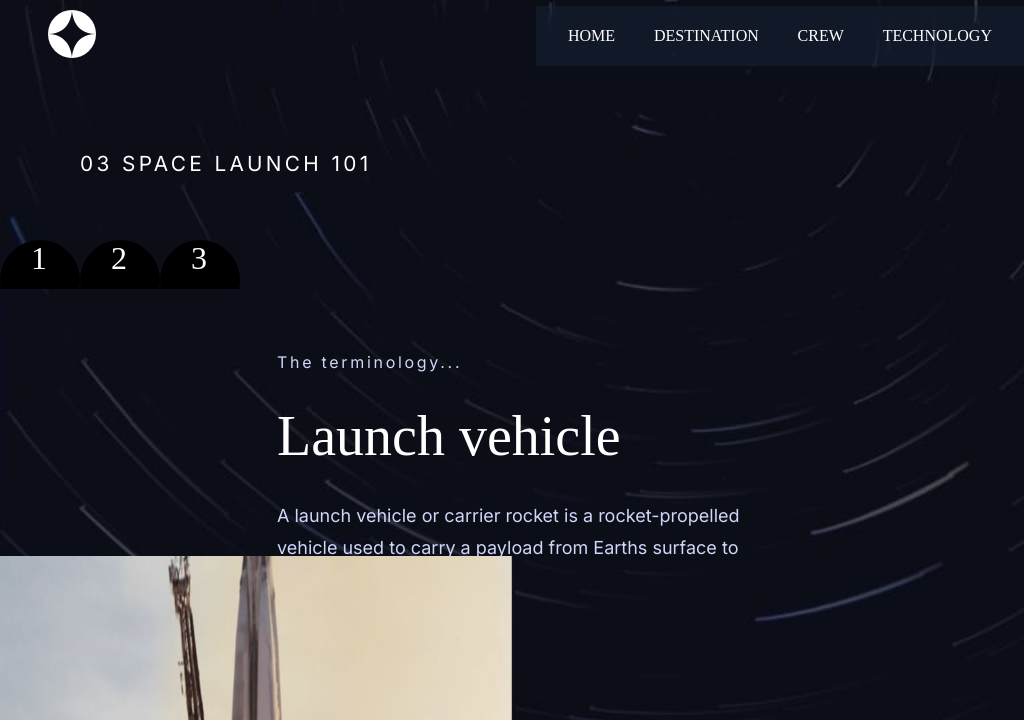
Repository: nilesjamex/space
Page: /Technology
An editor plug-in stored every save of this project. The page is shown before and after the next save, followed by the edit.
The browser window is 1024 px wide. The pictures show the whole page.
Some web fonts or font styles are not loaded; a fallback is used. The project was rebuilt for these pictures with package versions that can differ from the ones it lists, and the page was loaded fresh each time. The framework's server and built-in components were replaced by stand-ins that run in the browser. Also part of the build but not shown: next.config.js.

Above is the page before, as saved 2022-01-08 23:44:59.

### pages/_document.js
import Document, { Html, Head, Main, NextScript } from 'next/document'

class MyDocument extends Document {
  render() {
    return (
      <Html>
        <Head>
          <link rel="preconnect" href="https://fonts.googleapis.com" />
<link rel="preconnect" href="https://fonts.gstatic.com" crossOrigin />
<link href="https://fonts.googleapis.com/css2?family=Bellefair&display=swap" rel="stylesheet" />
        <link rel="preconnect" href="https://fonts.googleapis.com" />
<link rel="preconnect" href="https://fonts.gstatic.com" crossOrigin />
<link href="https://fonts.googleapis.com/css2?family=Barlow+Condensed:ital,wght@0,100;0,300;0,400;1,100&family=Inter&display=swap" rel="stylesheet" />
        </Head>
        <body>
          <Main />
          <NextScript />
        </body>
      </Html>
    )
  }
}

export default MyDocument

### pages/Technology.js
import React from 'react'
import Home from '../Components/Technology/Home/home';



const Technology = () => {
    return (
        <div>
            <Home />
        </div>
    )
}

export default Technology

### styles/globals.css
a {
  color: inherit;
  text-decoration: none;
}

*{
  margin: 0;
  padding: 0;
  box-sizing: border-box;
  max-width: 100%;
  max-height: 100vh;
  overflow-y: hidden;
}

li {
  list-style: none;
  cursor: pointer;
}

### Components/Technology/Home/home.js
import React from 'react';
import styles from './home.module.css'
import Nav from './../../../Layout/Nav';
import { Image } from 'next/image';
import Tech from './../Tech1/Tech';

export const Home = () => {
    return (
        <div className={styles.home}>
        <div>
         <Nav/>
        </div>
        <div>
        <div>
           <h3 className={styles.hometext}> 03 Space launch 101</h3>
        </div>
        </div>
        <div>
        <Tech />
        </div>
        </div>
    )
}
export default Home

### Components/Technology/Home/home.module.css
.home {
    background: url("../../../public/assets/technology/background-technology-desktop.jpg");
    background-size: cover;
    height: 100vh;
}
.hometext {
    font-family: 'Barlow Condensed', sans-serif;
    font-family: 'Inter', sans-serif;
    font-style: normal;
    font-weight: normal;
    font-size: 28px;
    line-height: 34px;letter-spacing: 4.725px;
    text-transform: uppercase;
    color: #FFFFFF;
    margin: 5rem 0 1rem 10rem;
}

@media screen and (max-width: 1024px) {
    .home {
        background: url("../../../public/assets/technology/background-technology-tablet.jpg");
        background-size: cover;
        height: 100vh;
    }
    .hometext {
        font-size: 1.3rem;
        line-height: 24px;
        /*  identical to box height */
        letter-spacing: 3.375px;
        margin: 5rem 0 1rem 5rem;
    }
}

### Layout/Nav.js
import React, {useState} from 'react';
import styles from './nav.module.css';
import Link from 'next/link';

const Nav = ({children}) => {
  const [active, setActive] = useState(false);

  const onClick = (e) => {
    setActive(!active);
  };
    return (
       <div className={styles.navBody}>
        <nav className={styles.nav}>
         <div>
            <svg width="48" height="48" viewBox="0 0 48 48" fill="none" xmlns="http://www.w3.org/2000/svg">
<circle cx="24" cy="24" r="24" fill="white"/>
<path fillRule="evenodd" clipRule="evenodd" d="M24 0C24 0 24 24 0 24C23.5776 24.1714 24 48 24 48C24 48 24 24 48 24C24 24 24 0 24 0Z" fill="#0B0D17" />
</svg>
  </div>

<ul className={`${styles.ul} ${active ? styles.activenav : ""}` } >
<li className={styles.li}><Link href="/"> HOME </Link></li>
<li className={styles.li}><Link href="/Destinations">DESTINATION </Link></li>
<li className={styles.li}><Link href="/Crew">CREW</Link></li>
<li className={styles.li}><Link href="/Technology">TECHNOLOGY</Link></li>
</ul>
<div className={`${styles.toggle} ${active ? styles.toggleanime : ""}`}
          onClick={onClick}
        >
          <div className={`${styles.toggleline} ${styles.line1}`}></div>
          <div className={`${styles.toggleline} ${styles.line2}`}></div>
          <div className={`${styles.toggleline} ${styles.line3}`}></div>
        </div>
        </nav>
      <div className={styles.mainBody}> {children} </div>
</div>
    )
}

export default Nav

### Components/Technology/Tech1/Tech.js
import React, {useState} from 'react'
import Image from 'next/image';
import styles from './Tech.module.css';
import Vehicle from '../../../public/assets//technology/image-launch-vehicle-landscape.jpg';
import Spaceport from '../../../public/assets//technology/image-spaceport-landscape.jpg';
import Capsule from '../../../public/assets//technology/image-space-capsule-landscape.jpg';
const Tech = () => {
    const [steps, setSteps] = useState(1);

    const next = (e) => {
        e.preventDefault();
        setSteps(steps + 1);
    }
    const prev = (e) => {
        e.preventDefault();
        setSteps(steps - 1);
    };

    switch (steps) {
        case 1:
            return (
        <div className={styles.techhome}>
           <div>
           <ul className={styles.numbers}>
           <li className={styles.number}>1</li>
           <li onClick={next} className={styles.number}>2</li>
           <li  onClick={(e) => {
      setSteps(steps+2)}} className={styles.number}>3</li>
           </ul>
           </div>
           <div className={styles.techtext}>
           <p className={styles.techtexthead}>The terminology...</p>
  <h2 className={styles.techtextsub}>Launch vehicle</h2>

  <p className={styles.techtextbody}>A launch vehicle or carrier rocket is a rocket-propelled vehicle used to carry a
  payload from Earths surface to space, usually to Earth orbit or beyond. Our
  WEB-X carrier rocket is the most powerful in operation. Standing 150 metres tall,
  it is quite an awe-inspiring sight on the launch pad!</p>
  </div>
  <div className={styles.imagediv}><Image src={Vehicle} height="527" width="515" alt="uu" /> </div>
        </div>
    );

    case 2: return (
        <div className={styles.techhome}>
           <div>
           <ul className={styles.numbers}>
           <li onClick={prev} className={styles.number}>1</li>
           <li className={styles.number}>2</li>
           <li onClick={next} className={styles.number}>3</li>
           </ul>
           </div>
           <div className={styles.techtext}>
           <p className={styles.techtexthead}>The terminology...</p>
  <h2 className={styles.techtextsub}>Spaceport</h2>

  <p className={styles.techtextbody}> A spaceport or cosmodrome is a site for launching (or receiving) spacecraft,
  by analogy to the seaport for ships or airport for aircraft. Based in the
  famous Cape Canaveral, our spaceport is ideally situated to take advantage
  of the Earth’s rotation for launch.</p>
  </div>
 <div className={styles.imagediv}><Image src={Spaceport} height="527" width="515" alt="uu" /> </div>
        </div>
    );

    case 3:
    return (


     <div className={styles.techhome}>
           <div>
           <ul className={styles.numbers}>
           <li  onClick={(e) => {
      setSteps(steps-2)}} className={styles.number}>1</li>
           <li onClick={prev} className={styles.number}>2</li>
           <li className={styles.number}>3</li>
           </ul>
           </div>
           <div className={styles.techtext}>
           <p className={styles.techtexthead}>The terminology...</p>
  <h2 className={styles.techtextsub}>Space capsule</h2>

  <p className={styles.techtextbody}> A space capsule is an often-crewed spacecraft that uses a blunt-body reentry
  capsule to reenter the Earths atmosphere without wings. Our capsule is where
  you will spend your time during the flight. It includes a space gym, cinema,
  and plenty of other activities to keep you entertained.</p>
  </div>
  <div className={styles.imagediv}><Image src={Capsule} height="527" width="515" alt="uu" /> </div>
        </div>
         )
    }

}

export default Tech

### Layout/nav.module.css
.nav {
    display: flex;
    justify-content: space-between;
    align-items: center;
    padding-left: 3rem;
    width: 100%;
    height: 10vh;
    }

.ul {
    display: flex;
    width: 50%;
    justify-content: space-between;
    align-items: center;
    color: #fff;
    background-color: rgba(24, 36, 59, 0.5);
    height: 60px;
    padding: 0 2rem;

}

.navBody {
    height: 100%;
}
.toggle {
    display: none;
  }

  @media screen and (max-width: 768px) {
    .toggle {
        display: block;
        cursor: pointer;
        order: 2;
        z-index: 10;
        margin-right: 1rem;
      }
      .toggleline {
        width: 30px;
        height: 3px;
        background-color: #fff;
        margin: 5px;
      }
      .ul {
        order: 3;
        width: 100%;
        height: 100%;
        display: inline-block;
        position: fixed;
        z-index: 4;
        right: 0;
        left: 0;
        bottom: 0;
        top: 0;
        display: flex;
        justify-content: center;
        align-items: center;
        flex-direction: column;
        overflow-x: hidden;
        background: rgba(242, 245, 250);
        transform: translateY(100vh);
        transition: all ease-out 0.2s;
        background-color: rgba(24, 36, 59);
      }
      .li {
        margin: 0 0 2rem;
        opacity: 0;
        transform: translateY(10vh);
      }
      .activenav {
        transform: translateX(0);
      }
      .li {
        margin: 0 0 2rem;
        opacity: 1;
        transform: translateX(0);
        transition: all ease-out 0.8s;
      }
      .toggleanime .line1 {
        transform: rotate(-45deg) translate(-5px, 6px);
      }

      .toggleanime .line2 {
        opacity: 0;
      }

      .toggleanime .line3 {
        transform: rotate(45deg) translate(-5px, -6px);
      }

      .ul.activenav {
        transform: translateX(0);
      }
      .li {
        margin: 0 0 2rem;
        opacity: 1;
        transform: translateX(0);
        transition: all ease-out 0.8s;
      }
  }

### Components/Technology/Tech1/Tech.module.css
.techhome {
    display: flex;
    justify-content: space-around;
}
.numbers {
    display: flex;
    flex-direction: column;
    margin-top: 4rem;
}
.number {
    width: 80px;
    height: 80px;
    margin: 1rem 0;
    border-radius: 70%;
    background-color: #000;
    border-left: #000;
    font-family: 'Bellefair', serif;
    font-style: normal;
    font-weight: normal;
    font-size: 32px;
    line-height: 37px;
    /* identical to box height */
    text-align: center;
    align-items: center;
    letter-spacing: 2px;
    color: #FFFFFF
}
.techtext {
    width: 470px;
    height: 303px;
    align-self: center;
    margin-top: 4rem;
}
.techtexthead {
    font-family: 'Barlow Condensed', sans-serif;
    font-family: 'Inter', sans-serif;
    font-style: normal;
    font-weight: normal;
    font-size: 16px;
    line-height: 19px;
    letter-spacing: 2.7px;
    color: #D0D6F9;
}
.techtextsub {
    font-family: 'Bellefair', serif;
    font-style: normal;
    font-weight: normal;
    font-size: 56px;
    line-height: 64px;
    color: #FFFFFF;
    margin-top: 2rem;
}
.techtextbody {
    font-family: 'Barlow Condensed', sans-serif;
    font-family: 'Inter', sans-serif;
    font-style: normal;
    font-weight: normal;
    font-size: 18px;
    line-height: 32px;
    /* or 178% */
    color: #D0D6F9;
    margin: 2rem 0;
}
.imagediv {
    margin-right: -8rem;
}

@media screen and (max-width: 1024px) {
    .techhome {
        display: flex;
        flex-direction: column;
    }
    .numbers {
        display: flex;
        flex-direction: row;
        margin-top: 2rem;
        order: 2;
    }
}

Loaded but not shown: pages/_app.js (common file)

After the next save:
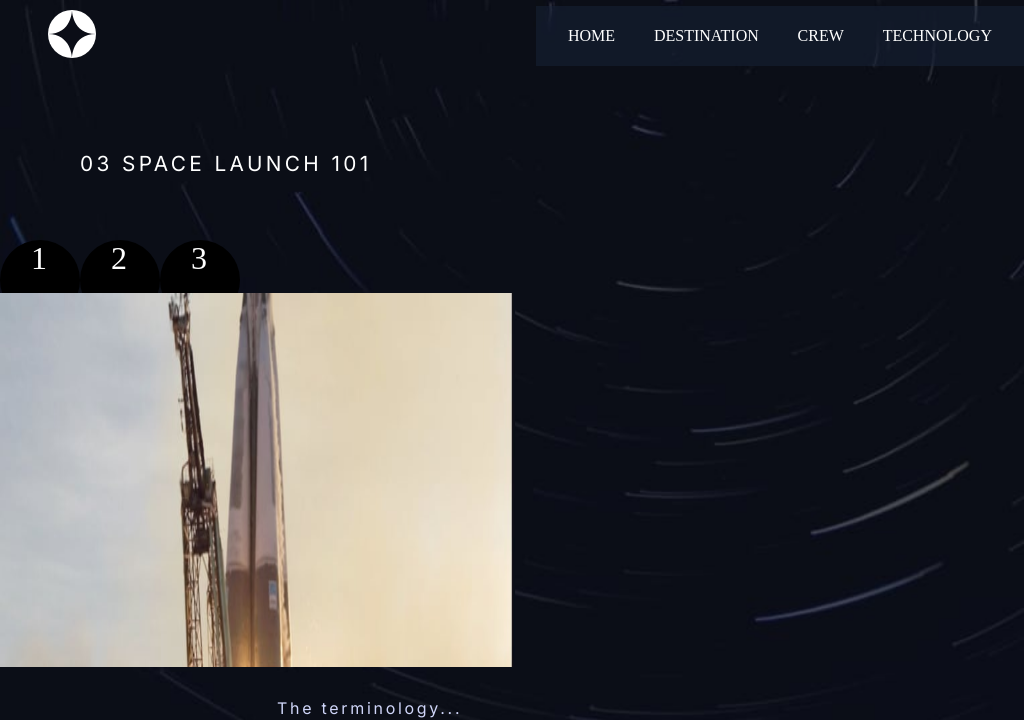
Saved 110 s later.
--- a/Components/Technology/Tech1/Tech.module.css
+++ b/Components/Technology/Tech1/Tech.module.css
@@ -76,4 +76,16 @@
         margin-top: 2rem;
         order: 2;
     }
+    .techtext {
+        width: 470px;
+        height: 303px;
+        align-self: center;
+        margin-top: 2rem;
+        order: 3;
+    }
+    .imagediv {
+        margin-right: 0rem;
+        width: 100%;
+        order: 1;
+    }
 }
